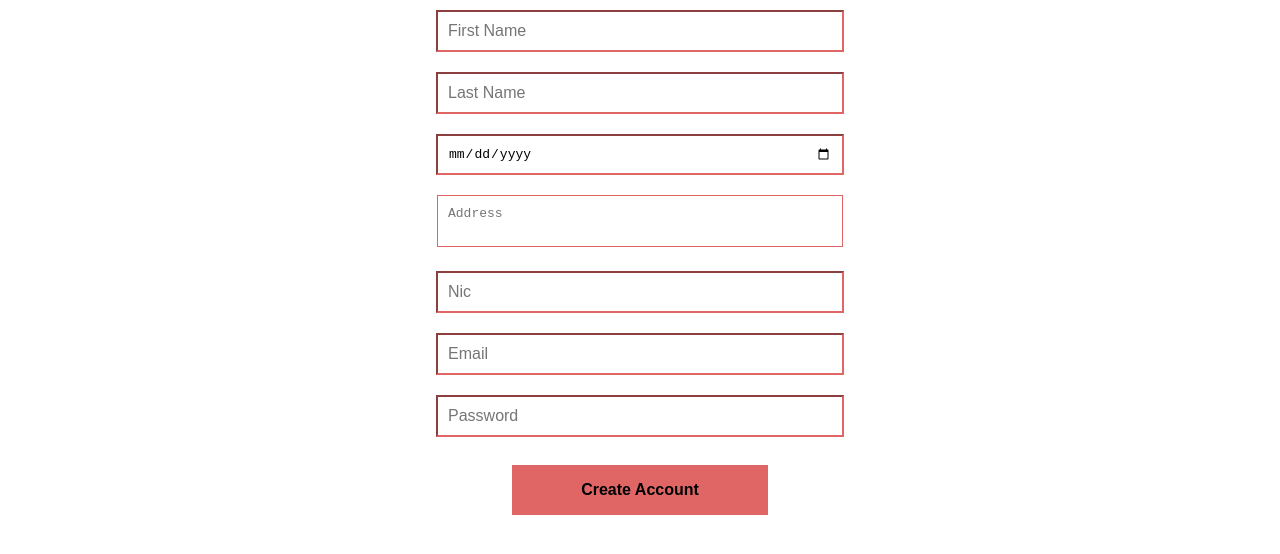
Repository: developerks611/loanweb
Page: http://localhost/loan-web/customerReg.jsp
An editor plug-in stored every save of this project. The page is shown before and after the next save, followed by the edit.
The browser window is 1280 px wide. The pictures show the whole page.
The page is served by Tomcat 9.

Above is the page before, as saved 2023-03-10 11:54:26.

After the next save:
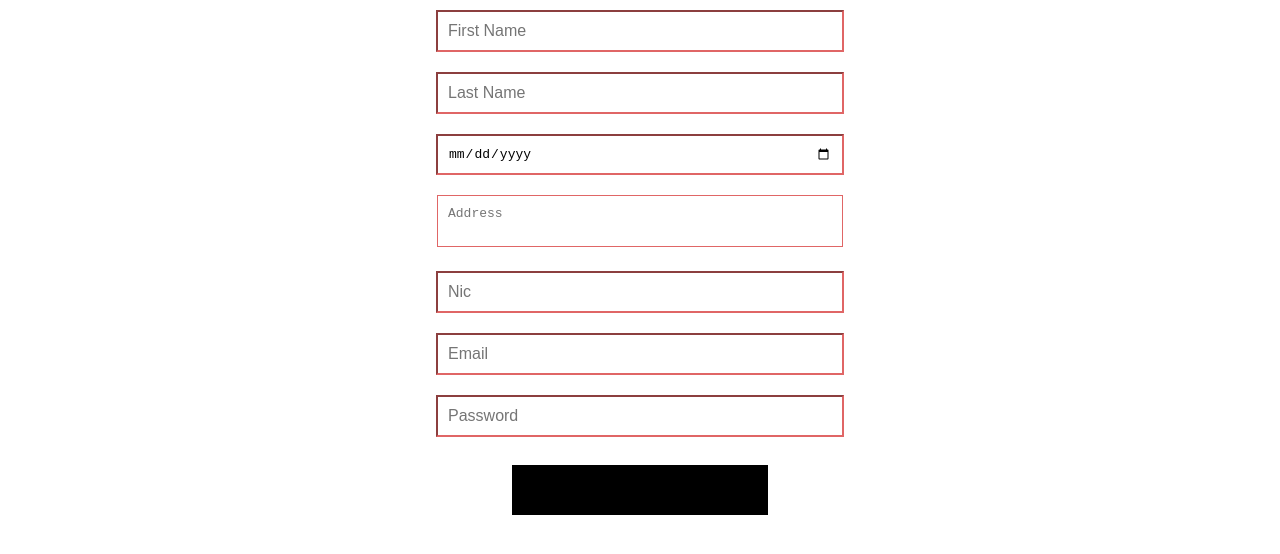
Saved 24 s later.
--- a/loan-web/src/main/webapp/customerReg.jsp
+++ b/loan-web/src/main/webapp/customerReg.jsp
@@ -61,7 +61,7 @@ nav a {
 
 .createAccount{
 
-	background-color:#e06666;
+	background-color:black;
 	outline: none;
     border: none;
     width:20%;
